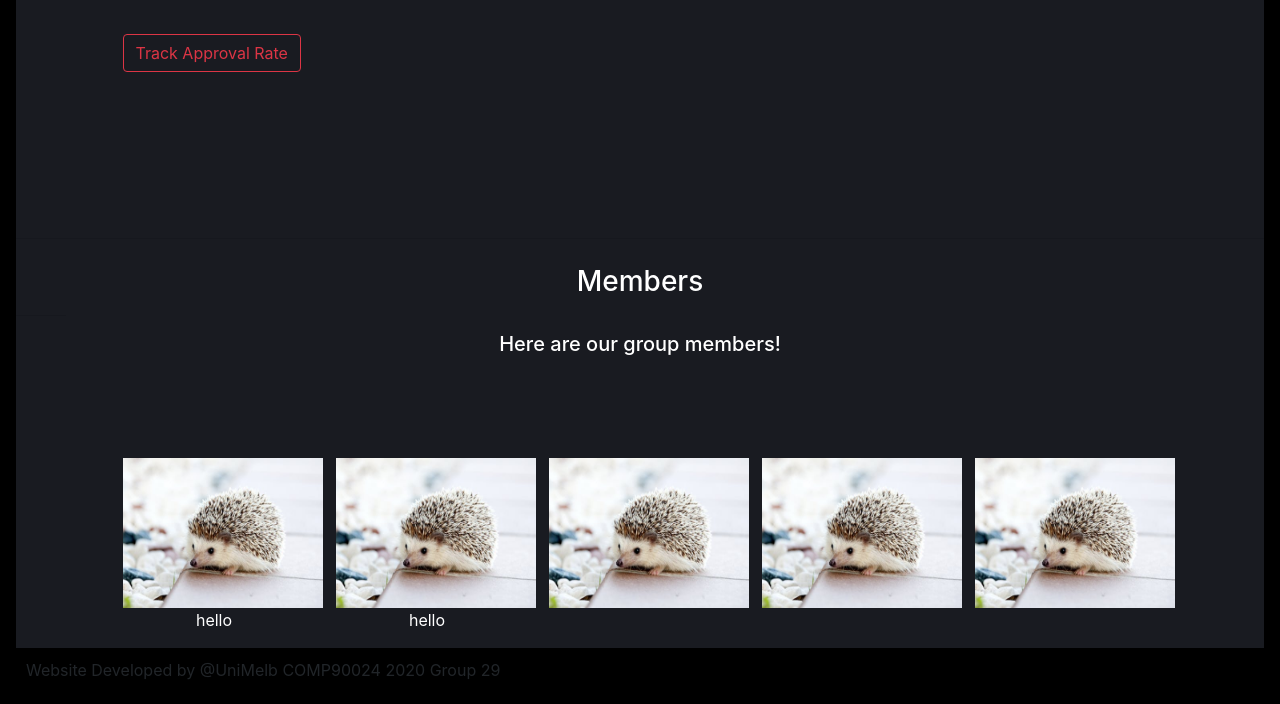
Repository: gusyi/COMP90024_Team29
Page: frontend/templates/frontend/home.html
An editor plug-in stored every save of this project. The page is shown before and after the next save, followed by the edit.
The browser window is 1280 px wide. The pictures show the part of the page from y = 679 to 1383 px (the page is 1383 px tall).
Some web libraries are served in a nearby version. The template is drawn by Django 3.2. The application's start-up code is not run. The template is opened directly, without the code that normally fills it, so the values that code supplies are empty.

Above is the page before, as saved 2020-05-25 23:35:39.

After the next save:
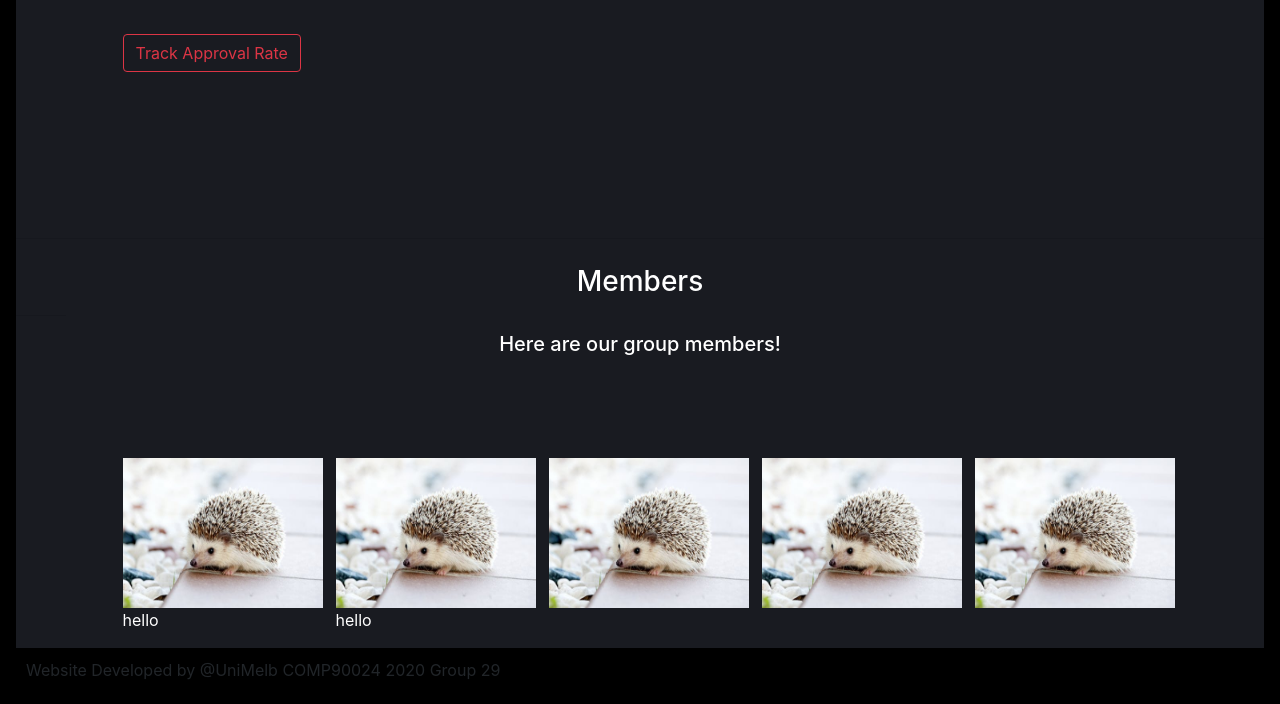
Saved 11 s later.
--- a/backend/frontend/templates/frontend/home.html
+++ b/backend/frontend/templates/frontend/home.html
@@ -50,7 +50,7 @@
             {% load static %}
             <img src="{% static 'frontend/images/pic1.jpeg' %}" width="200" height="150"/>
 
-            <p style="text-align: center;color:white;"> hello</p>
+            <p style="color:white;"> hello</p>
 
 
         </div>
@@ -59,7 +59,7 @@
             <div style="height: 50px"></div>
             {% load static %}
             <img src="{% static 'frontend/images/pic1.jpeg' %}" width="200" height="150"/>
-            <p style="text-align: center;color:white;"> hello</p>
+            <p style="color:white;"> hello</p>
 
 
         </div>
